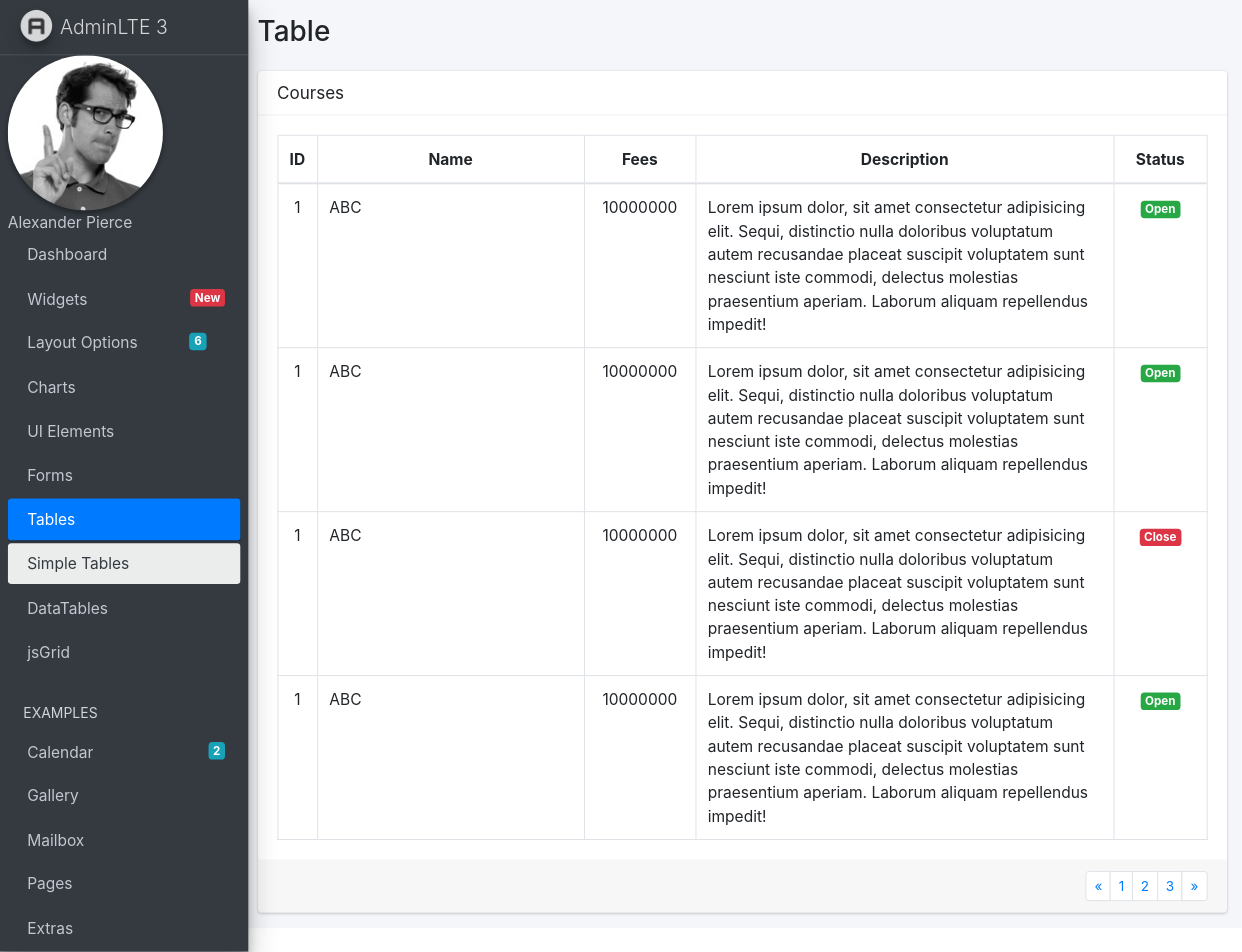
Repository: huyennvo/table
Page: http://localhost/table/courses
These files come from the project's save history. The page is drawn as it stood at one moment and after the next save; the edit follows.
The browser window is 1280 px wide. The pictures show the whole page, at 97% of full size.
Some web fonts or font styles are not loaded; a fallback is used. The page is served by the project's Laravel application, run on PHP 8.4 with Laravel 8.

Above is the page before, as saved 2022-08-11 22:00:25.

After the next save:
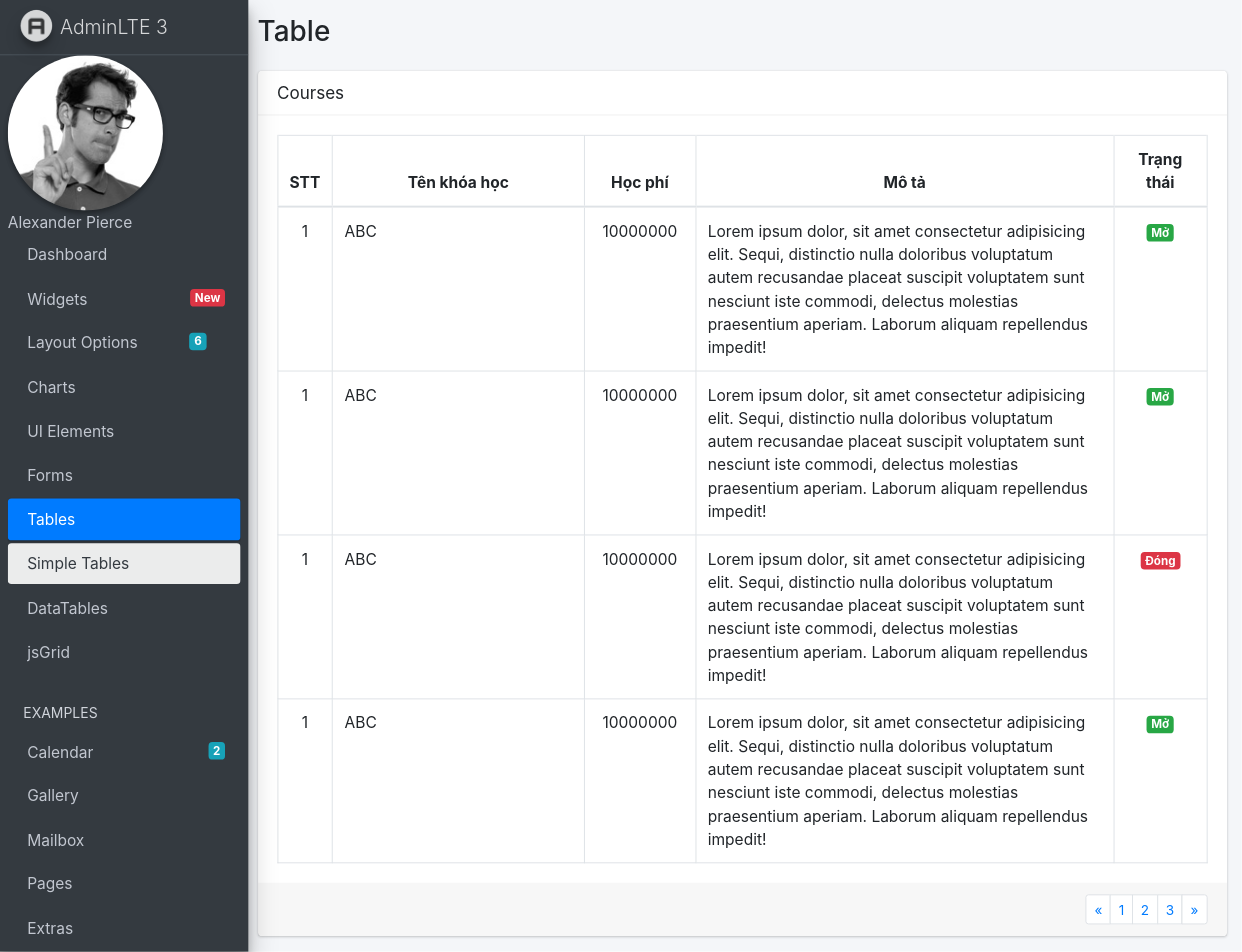
Saved 11 h 7 min later.
--- a/resources/views/courses.blade.php
+++ b/resources/views/courses.blade.php
@@ -15,11 +15,11 @@
                 <table class="table table-bordered" >
                   <thead>
                     <tr>
-                      <th style="width: 10px">ID</th>
-                      <th>Name</th>
-                      <th style="width: 12%">Fees</th>
-                      <th style="width: 45%">Description</th>
-                      <th style="width: 10%">Status</th>
+                      <th style="width: 10px">STT</th>
+                      <th>Tên khóa học</th>
+                      <th style="width: 12%">Học phí</th>
+                      <th style="width: 45%">Mô tả</th>
+                      <th style="width: 10%">Trạng thái</th>
                     </tr>
                   </thead>
                   <tbody>
@@ -30,7 +30,7 @@
                         10000000
                       </td>
                       <td>Lorem ipsum dolor, sit amet consectetur adipisicing elit. Sequi, distinctio nulla doloribus voluptatum autem recusandae placeat suscipit voluptatem sunt nesciunt iste commodi, delectus molestias praesentium aperiam. Laborum aliquam repellendus impedit!</td>
-                      <td style="text-align:center;"><span class="badge bg-success">Open</span></td>
+                      <td style="text-align:center;"><span class="badge bg-success">Mở</span></td>
                     </tr>
                     <tr>
                       <td style="text-align:center;">1</td>
@@ -39,7 +39,7 @@
                         10000000
                       </td>
                       <td>Lorem ipsum dolor, sit amet consectetur adipisicing elit. Sequi, distinctio nulla doloribus voluptatum autem recusandae placeat suscipit voluptatem sunt nesciunt iste commodi, delectus molestias praesentium aperiam. Laborum aliquam repellendus impedit!</td>
-                      <td style="text-align:center;"><span class="badge bg-success">Open</span></td>
+                      <td style="text-align:center;"><span class="badge bg-success">Mở</span></td>
                     </tr>
                     <tr>
                       <td style="text-align:center;" >1</td>
@@ -48,7 +48,7 @@
                         10000000
                       </td>
                       <td>Lorem ipsum dolor, sit amet consectetur adipisicing elit. Sequi, distinctio nulla doloribus voluptatum autem recusandae placeat suscipit voluptatem sunt nesciunt iste commodi, delectus molestias praesentium aperiam. Laborum aliquam repellendus impedit!</td>
-                      <td style="text-align:center;"><span class="badge bg-danger">Close</span></td>
+                      <td style="text-align:center;"><span class="badge bg-danger">Đóng</span></td>
                     </tr>
                     <tr>
                       <td style="text-align:center;">1</td>
@@ -57,7 +57,7 @@
                         10000000
                       </td>
                       <td>Lorem ipsum dolor, sit amet consectetur adipisicing elit. Sequi, distinctio nulla doloribus voluptatum autem recusandae placeat suscipit voluptatem sunt nesciunt iste commodi, delectus molestias praesentium aperiam. Laborum aliquam repellendus impedit!</td>
-                      <td style="text-align:center;"><span class="badge bg-success">Open</span></td>
+                      <td style="text-align:center;"><span class="badge bg-success">Mở</span></td>
                     </tr>
 
 
